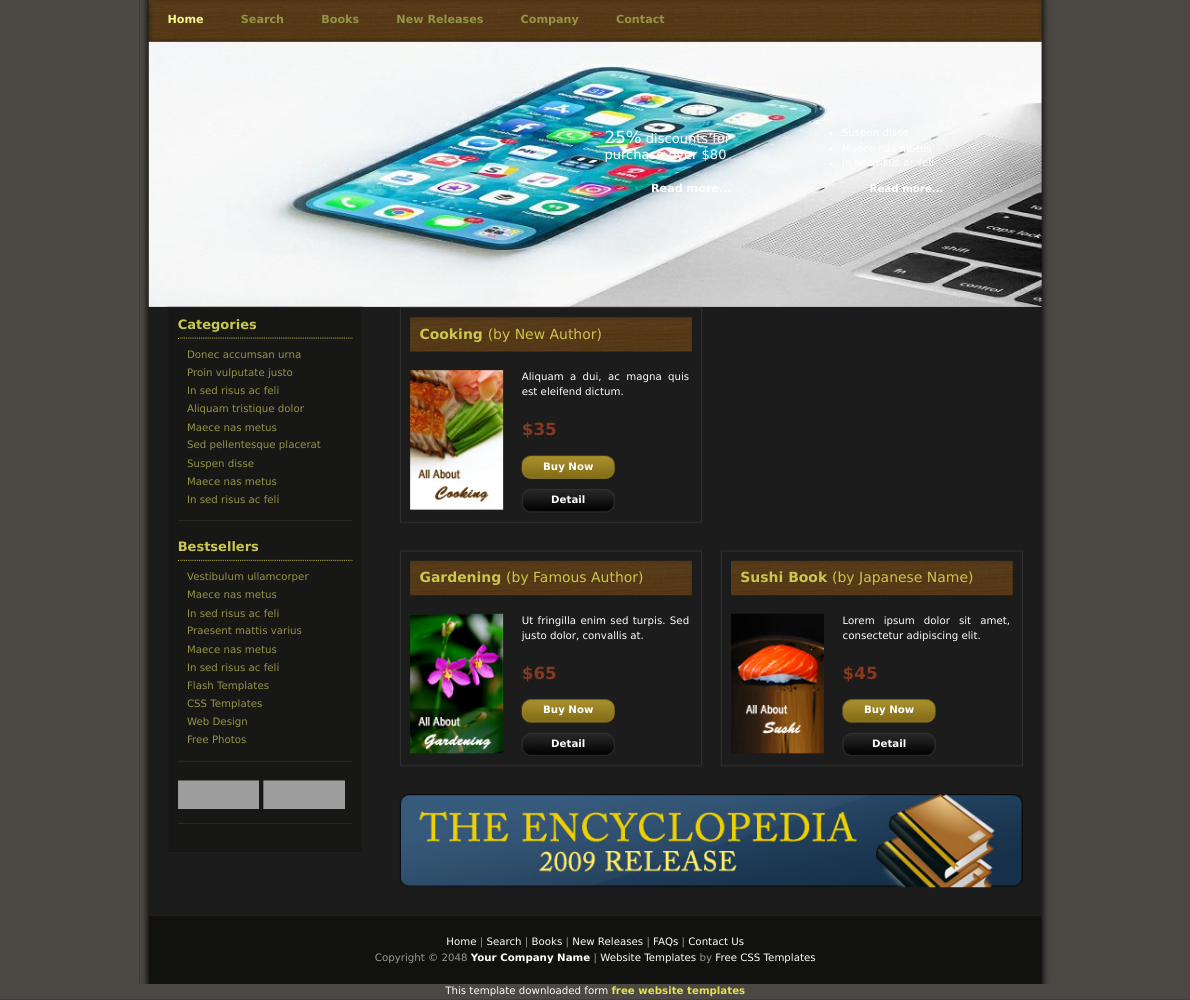
Repository: priyankamergu/MyAllProjects
Page: http://localhost/OnlineShopping/OrderController
These files come from the project's save history. The page is drawn as it stood at one moment and after a run of saves; the edit follows.
The browser window is 1280 px wide. The pictures show the whole page, at 93% of full size.
Pictures or frames that could not be fetched are drawn as grey boxes. The page is served by Tomcat 9. Other server files are loaded and not shown. Queries for data that is not in the repository find no rows.

Above is the page before, as saved 2019-11-20 05:26:27.

### Workspace_JEE7_WEB/OnlineShopping/WebContent/index.jsp

<!DOCTYPE html PUBLIC "-//W3C//DTD XHTML 1.0 Transitional//EN" "http://www.w3.org/TR/xhtml1/DTD/xhtml1-transitional.dtd">

<html xmlns="http://www.w3.org/1999/xhtml">
<%@ taglib prefix = "c" uri = "http://java.sun.com/jsp/jstl/core" %>
<%@ taglib prefix = "fmt" uri = "http://java.sun.com/jsp/jstl/fmt" %>
<head>
<meta http-equiv="Content-Type" content="text/html; charset=utf-8" />
<title>Book Store Template, Free CSS Template, CSS Website Layout</title>
<meta name="keywords" content="Book Store Template, Free CSS Template, CSS Website Layout, CSS, HTML" />
<meta name="description" content="Book Store Template, Free CSS Template, Download CSS Website" />
<link href="templatemo_style.css" rel="stylesheet" type="text/css" />
</head>
<body>
<c:if test="${list=null }">
<c:redirect url="ProductDatabaseController"></c:redirect>
</c:if>
<!--  Free CSS Templates from www.templatemo.com -->
<div id="templatemo_container">
	<div id="templatemo_menu">
    	<ul>
            <li><a href="index.html" class="current">Home</a></li>
            <li><a href="subpage.html">Search</a></li>
            <li><a href="subpage.html">Books</a></li>
            <li><a href="subpage.html">New Releases</a></li>
            <li><a href="#">Company</a></li>
            <li><a href="#">Contact</a></li>
    	</ul>
    </div> <!-- end of menu -->

    <div id="templatemo_header">
    	<div id="templatemo_special_offers">
        	<p>
                <span>25%</span> discounts for
        purchase over $80
        	</p>
			<a href="subpage.html" style="margin-left: 50px;">Read more...</a>
        </div>


        <div id="templatemo_new_books">
        	<ul>
                <li>Suspen disse</li>
                <li>Maece nas metus</li>
                <li>In sed risus ac feli</li>
            </ul>
            <a href="subpage.html" style="margin-left: 50px;">Read more...</a>
        </div>
    </div> <!-- end of header -->

    <div id="templatemo_content">

        <div id="templatemo_content_left">
        	<div class="templatemo_content_left_section">
            	<h1>Categories</h1>
                <ul>
                    <li><a href="subpage.html">Donec accumsan urna</a></li>
                    <li><a href="subpage.html">Proin vulputate justo</a></li>
                    <li><a href="#">In sed risus ac feli</a></li>
                    <li><a href="#">Aliquam tristique dolor</a></li>
                    <li><a href="#">Maece nas metus</a></li>
                    <li><a href="#">Sed pellentesque placerat</a></li>
                    <li><a href="#">Suspen disse</a></li>
                    <li><a href="#">Maece nas metus</a></li>
                    <li><a href="#">In sed risus ac feli</a></li>
            	</ul>
            </div>
			<div class="templatemo_content_left_section">
            	<h1>Bestsellers</h1>
                <ul>
                    <li><a href="#">Vestibulum ullamcorper</a></li>
                    <li><a href="#">Maece nas metus</a></li>
                    <li><a href="#">In sed risus ac feli</a></li>
                    <li><a href="#">Praesent mattis varius</a></li>
                    <li><a href="#">Maece nas metus</a></li>
                    <li><a href="#">In sed risus ac feli</a></li>
                    <li><a href="http://www.flashmo.com" target="_parent">Flash Templates</a></li>
                    <li><a href="http://www.templatemo.com" target="_parent">CSS Templates</a></li>
                    <li><a href="http://www.webdesignmo.com" target="_parent">Web Design</a></li>
                    <li><a href="http://www.photovaco.com" target="_parent">Free Photos</a></li>
            	</ul>
            </div>

            <div class="templatemo_content_left_section">
                <a href="http://validator.w3.org/check?uri=referer"><img style="border:0;width:88px;height:31px" src="http://www.w3.org/Icons/valid-xhtml10" alt="Valid XHTML 1.0 Transitional" width="88" height="31" vspace="8" border="0" /></a>
<a href="http://jigsaw.w3.org/css-validator/check/referer"><img style="border:0;width:88px;height:31px"  src="http://jigsaw.w3.org/css-validator/images/vcss-blue" alt="Valid CSS!" vspace="8" border="0" /></a>
			</div>
        </div> <!-- end of content left -->

        <div id="templatemo_content_right">
        <c:forEach  var="product" items="${list}"  varStatus="status">
        	<div class="templatemo_product_box">
            	<h1>${product.code}  <span>(by Best Author)</span></h1>
   	      <img src="images/templatemo_image_01.jpg" alt="image" />
                <div class="product_info">
                	<p>${product.description}</p>
                  <h3>$55</h3>
                    <div class="buy_now_button"><a href="subpage.html">Buy Now</a></div>
                    <div class="detail_button"><a href="subpage.html">Detail</a></div>
                </div>
                <div class="cleaner">&nbsp;</div>

                </div>
                <c:if test="${status.index%2==0 }">
                <div class="cleaner_with_width">&nbsp;</div>
            </c:if>
            <c:if test="${status.index%2!=0 }">
             <div class="cleaner_with_height">&nbsp;</div>
             </c:if>
             </c:forEach>


            <div class="templatemo_product_box">
            	<h1>Cooking  <span>(by New Author)</span></h1>
       	    <img src="images/templatemo_image_02.jpg" alt="image" />
                <div class="product_info">
                	<p>Aliquam a dui, ac magna quis est eleifend dictum.</p>
                    <h3>$35</h3>
                    <div class="buy_now_button"><a href="subpage.html">Buy Now</a></div>
                    <div class="detail_button"><a href="subpage.html">Detail</a></div>
                </div>
                <div class="cleaner">&nbsp;</div>
            </div>

            <div class="cleaner_with_height">&nbsp;</div>

            <div class="templatemo_product_box">
            	<h1>Gardening <span>(by Famous Author)</span></h1>
   	      <img src="images/templatemo_image_03.jpg" alt="image" />
                <div class="product_info">
                	<p>Ut fringilla enim sed turpis. Sed justo dolor, convallis at.</p>
                    <h3>$65</h3>
                    <div class="buy_now_button"><a href="subpage.html">Buy Now</a></div>
                    <div class="detail_button"><a href="subpage.html">Detail</a></div>
                </div>
                <div class="cleaner">&nbsp;</div>
            </div>

            <div class="cleaner_with_width">&nbsp;</div>

            <div class="templatemo_product_box">
            	<h1>Sushi Book  <span>(by Japanese Name)</span></h1>
            	<img src="images/templatemo_image_04.jpg" alt="image" />
                <div class="product_info">
                	<p>Lorem ipsum dolor sit amet, consectetur adipiscing elit. </p>
                    <h3>$45</h3>
                    <div class="buy_now_button"><a href="subpage.html">Buy Now</a></div>
                    <div class="detail_button"><a href="subpage.html">Detail</a></div>
                </div>
                <div class="cleaner">&nbsp;</div>
            </div>

            <div class="cleaner_with_height">&nbsp;</div>

            <a href="subpage.html"><img src="images/templatemo_ads.jpg" alt="ads" /></a>
        </div> <!-- end of content right -->

    	<div class="cleaner_with_height">&nbsp;</div>
    </div> <!-- end of content -->

    <div id="templatemo_footer">

	       <a href="subpage.html">Home</a> | <a href="subpage.html">Search</a> | <a href="subpage.html">Books</a> | <a href="#">New Releases</a> | <a href="#">FAQs</a> | <a href="#">Contact Us</a><br />
        Copyright © 2048 <a href="#"><strong>Your Company Name</strong></a> | <a href="http://www.iwebsitetemplate.com" target="_parent">Website Templates</a> by <a href="http://www.templatemo.com" target="_parent" title="free css templates">Free CSS Templates</a>	</div>
    <!-- end of footer -->
<!--  Free CSS Template www.templatemo.com -->
</div> <!-- end of container -->
<div align=center>This template  downloaded form <a href='http://all-free-download.com/free-website-templates/'>free website templates</a></div></body>
</html>

### Workspace_JEE7_WEB/OnlineShopping/src/com/allianz/shopping/controller/OrderController.java
package com.allianz.shopping.controller;

import java.io.IOException;
import java.util.List;

import javax.servlet.RequestDispatcher;
import javax.servlet.ServletException;
import javax.servlet.annotation.WebServlet;
import javax.servlet.http.HttpServlet;
import javax.servlet.http.HttpServletRequest;
import javax.servlet.http.HttpServletResponse;

import com.allianz.shopping.dao.CategoryDAO;
import com.allianz.shopping.dao.CategoryDAOImpl;
import com.allianz.shopping.dao.OrderDAO;
import com.allianz.shopping.dao.OrderDAOImpl;
import com.allianz.shopping.dao.ProductDAO;
import com.allianz.shopping.dao.ProductDAODatabaseImpl;
import com.allianz.shopping.model.Category;
import com.allianz.shopping.model.Order;
import com.allianz.shopping.model.Product;

/**
 * Servlet implementation class OrderController
 */
@WebServlet("/OrderController")
public class OrderController extends HttpServlet {
	private static final long serialVersionUID = 1L;


    public OrderController() {
        super();
        // TODO Auto-generated constructor stub
    }


	protected void doGet(HttpServletRequest request, HttpServletResponse response) throws ServletException, IOException {

		ProductDAO productDao=new ProductDAODatabaseImpl();
		CategoryDAO categoryDao=new CategoryDAOImpl();
		OrderDAO orderDao=new OrderDAOImpl();

		String username=(String)request.getSession().getAttribute("username");
		System.out.println("UserName "+username);

		String action=request.getParameter("action");
		if(action!=null && action.equals("ListOrder"))
		{
			List<Order> orderList=orderDao.getAllOrderByUserName(username);
//			for(Order order:orderList)
//			{
//				System.out.println(order.getOrder_id());
//			}

			if(orderList!=null)
			{
				RequestDispatcher rd=request.getRequestDispatcher("ShowOrders.jsp");
				request.setAttribute("orderList", orderList);
				rd.forward(request, response);

			}
		}
		else
		{
			List<Product> list = productDao.getALLProducts();
			List<Category> categoryList = categoryDao.getALLCategory();
			System.out.println(list);
			request.setAttribute("list", list);
			request.setAttribute("categoryList", categoryList);
			request.getRequestDispatcher("index.jsp").forward(request, response);
		}




	}


	protected void doPost(HttpServletRequest request, HttpServletResponse response) throws ServletException, IOException {

		doGet(request, response);
	}

}

### Workspace_JEE7_WEB/OnlineShopping/src/com/allianz/shopping/dao/CategoryDAOImpl.java
package com.allianz.shopping.dao;

import java.sql.Connection;
import java.sql.PreparedStatement;
import java.sql.ResultSet;
import java.sql.Statement;
import java.util.ArrayList;
import java.util.List;

import com.allianz.shopping.model.Category;
import com.allianz.shopping.model.Product;
import com.allianz.shopping.utility.DBUtilityConnection;
import com.allianz.shopping.utility.DateUtility;

public class CategoryDAOImpl  implements CategoryDAO
{

	@Override
	public boolean addCategory(Category category)
	{
		Connection connection=null;
		try
		{
			connection=DBUtilityConnection.getConnection();
			String sql="INSERT INTO category(Category_ID,Category_Code,Category_Desc) values(?,?,?)";
			PreparedStatement ps=connection.prepareStatement(sql);
			ps.setInt(1, category.getCategoryId());
			ps.setString(2, category.getCategoryCode());
			ps.setString(3, category.getCategoryDescription());
			int no=ps.executeUpdate();
			if(no>0)
				return true;

		}
		catch(Exception s)
		{
			s.printStackTrace();
		}
		return false;
	}

	@Override
	public boolean updateCategory(Category category)
	{
		Connection connection=null;
		try
		{
			connection=DBUtilityConnection.getConnection();
			String sql="UPDATE category SET Category_Code=? where Category_ID=?";
			PreparedStatement ps=connection.prepareStatement(sql);
			ps.setString(1, category.getCategoryCode());
			ps.setInt(2, category.getCategoryId());
			int no=ps.executeUpdate();
			if(no>0)
				return true;
		}
		catch(Exception s)
		{
			s.printStackTrace();
		}
		return false;

	}

	@Override
	public boolean deleteCategory(int id) {

		Connection connection=null;
		try
		{
			connection=DBUtilityConnection.getConnection();
			String sql="DELETE from category_ID where Category_ID=?";
			PreparedStatement ps=connection.prepareStatement(sql);
			ps.setInt(1, id);
			int no=ps.executeUpdate();
			if(no>0)
				return true;
		}
		catch(Exception s)
		{
			s.printStackTrace();
		}
		return false;

	}

	@Override
	public List<Category> getALLCategory() {
		Connection connection=null;
		List<Category> categoryList=new ArrayList<Category>();
		try
		{
			connection=DBUtilityConnection.getConnection();
			String sql="SELECT * from category ";
			Statement stmt=connection.createStatement();
			ResultSet rs=stmt.executeQuery(sql);
			while(rs.next())
			{
				Category category=new Category();
				category.setCategoryId(rs.getInt(1));
				category.setCategoryCode(rs.getString(2));
				category.setCategoryDescription(rs.getString(3));

				categoryList.add(category);
			}
			return categoryList;
		}
		catch(Exception s)
		{
			s.printStackTrace();
		}

		return null;

	}

	@Override
	public List<Category> getALLCategoryByName(String newPattern) {
		Connection connection=null;
		List<Category> CategoryList=new ArrayList<Category>();
		try
		{
			connection=DBUtilityConnection.getConnection();
			String sql="SELECT * FROM category WHERE LOWER(Category_Code)=? ";

			PreparedStatement ps=connection.prepareStatement(sql);
			ps.setString(1,newPattern.toLowerCase());

			ResultSet rs=ps.executeQuery();
			while(rs.next())
			{
				Category category=new Category();
				category.setCategoryId(rs.getInt(1));
				category.setCategoryCode(rs.getString(2));
				category.setCategoryDescription(rs.getString(3));

				CategoryList.add(category);
			}
			return CategoryList;
		}
		catch(Exception s)
		{
			s.printStackTrace();
		}

		return null;
	}

	@Override
	public Category getCategoryById(int id) {

		Connection connection=null;
		try
		{
			Category category=new Category();
			connection=DBUtilityConnection.getConnection();
			String sql="SELECT * FROM category WHERE Category_ID=? ";

			PreparedStatement ps=connection.prepareStatement(sql);
			ps.setInt(1,id);

			ResultSet rs=ps.executeQuery();
			while(rs.next())
			{
				category.setCategoryId(rs.getInt(1));
				category.setCategoryCode(rs.getString(2));
				category.setCategoryDescription(rs.getString(3));
			}
			return category;
		}
		catch(Exception s)
		{
			s.printStackTrace();
		}

		return null;

	}

	@Override
	public List<Category> getAllCategoryByProductId(int id) {
		List<Category> clist=new ArrayList<Category>();
		Connection connection=null;
		try
		{

			connection=DBUtilityConnection.getConnection();
			String sql="SELECT * FROM category WHERE Category_ID in(select Category_ID from product_category where productID=? )";

			PreparedStatement ps=connection.prepareStatement(sql);
			ps.setInt(1,id);

			ResultSet rs=ps.executeQuery();
			while(rs.next())
			{
				Category category=new Category();
				category.setCategoryId(rs.getInt(1));
				category.setCategoryCode(rs.getString(2));
				category.setCategoryDescription(rs.getString(3));

				clist.add(category);

			}
			return clist;
		}
		catch(Exception s)
		{
			s.printStackTrace();
		}

		return null;
	}

}

### Workspace_JEE7_WEB/OnlineShopping/src/com/allianz/shopping/dao/OrderDAOImpl.java
package com.allianz.shopping.dao;

import java.sql.Connection;
import java.sql.PreparedStatement;
import java.sql.ResultSet;
import java.sql.Statement;
import java.util.ArrayList;
import java.util.List;

import com.allianz.shopping.model.Order;
import com.allianz.shopping.utility.DBUtilityConnection;
import com.allianz.shopping.utility.DateUtility;

public class OrderDAOImpl implements OrderDAO
{

	@Override
	public int addOrder(Order o) {
		int orderID = 0;
		Connection con=DBUtilityConnection.getConnection();
		String sql;

		try
		{
			sql="INSERT INTO orders(Order_Date,Status,Username,Total_Price) values(?,?,?,?)";
			PreparedStatement ps=con.prepareStatement(sql,Statement.RETURN_GENERATED_KEYS);

			ps.setDate(1, DateUtility.convertUtilDateToSQLDate(o.getDate()));
			ps.setString(2,o.getOredr_status());
			ps.setString(3, o.getUserName());
			ps.setFloat(4, o.getPrice());
			int no=ps.executeUpdate();
			if(no>0)

			{
				try(ResultSet generateKeys=ps.getGeneratedKeys())
				{
					if(generateKeys.next())
					{
						orderID=generateKeys.getInt(1);
						System.out.println(orderID);
					}
				}
			}
		}
		catch(Exception e)
		{
			e.printStackTrace();
		}

		return orderID;
	}

	@Override
	public List<Order> getAllOrder()
	{
		Connection con=DBUtilityConnection.getConnection();
		List<Order> listOrder=new ArrayList<Order>();
		try
		{
			String sql="SELECT * FROM orders";
			Statement stmt=con.createStatement();
			ResultSet rs=stmt.executeQuery(sql);
			while(rs.next())
			{
				Order order=new Order();
				order.setOrder_id(rs.getInt(1));
				order.setDate(rs.getDate(2));
				order.setOredr_status(rs.getString(3));
				order.setUserName(rs.getString(4));
				order.setPrice(rs.getFloat(5));
				listOrder.add(order);
			}
		}
		catch(Exception e)
		{
			e.printStackTrace();
		}

		return listOrder;
	}

	@Override
	public Order getOrderByOrderId(int order_id) {

		Connection con=DBUtilityConnection.getConnection();
		Order order=new Order();
		try
		{
			String sql="SELECT * FROM orders WHERE Order_ID=?";
			PreparedStatement ps=con.prepareStatement(sql);
			ps.setInt(1, order_id);
			ResultSet rs=ps.executeQuery();
			while(rs.next())
			{
				order.setOrder_id(rs.getInt(1));
				order.setDate(rs.getDate(2));
				order.setOredr_status(rs.getString(3));
				order.setUserName(rs.getString(4));
				order.setPrice(rs.getFloat(5));
			}
		}
		catch(Exception e)
		{
			e.printStackTrace();
		}

		return order;
	}

	@Override
	public List<Order> getAllOrderByUserName(String username)
	{
		List<Order> listOrder=new ArrayList<Order>();
		Connection con=DBUtilityConnection.getConnection();

		try
		{
			String sql="SELECT * FROM orders WHERE Username=?";
			PreparedStatement ps=con.prepareStatement(sql);
			ps.setString(1, username);
			ResultSet rs=ps.executeQuery();
			while(rs.next())
			{
				Order order=new Order();
				order.setOrder_id(rs.getInt(1));
				order.setDate(rs.getDate(2));
				order.setOredr_status(rs.getString(3));
				order.setUserName(rs.getString(4));
				order.setPrice(rs.getFloat(5));
				listOrder.add(order);
			}
		}
		catch(Exception e)
		{
			e.printStackTrace();
		}

		return listOrder;
	}

}

### Workspace_JEE7_WEB/OnlineShopping/src/com/allianz/shopping/utility/DBUtilityConnection.java

package com.allianz.shopping.utility;

import java.sql.Connection;
import java.sql.DriverManager;
import java.sql.SQLException;

public class DBUtilityConnection
{
	public static Connection getConnection()
	{
		Connection connection=null;
		try
		{
			Class.forName("com.mysql.cj.jdbc.Driver"); //creating object of my sql driver
			connection=DriverManager.getConnection("jdbc:mysql://localhost:3306/onlineshopping?serverTimezone=UTC", "root", "");
			return connection;
		}
		catch(ClassNotFoundException  | SQLException e)
		{
			 e.printStackTrace();
		}
		return null;
	}
}

Loaded but not shown: Workspace_JEE7_WEB/OnlineShopping/src/com/allianz/shopping/dao/ProductDAODatabaseImpl.java (266 lines, source omitted); Workspace_JEE7_WEB/OnlineShopping/WebContent/templatemo_style.css (320 lines, source omitted)

After the next 2 saves:
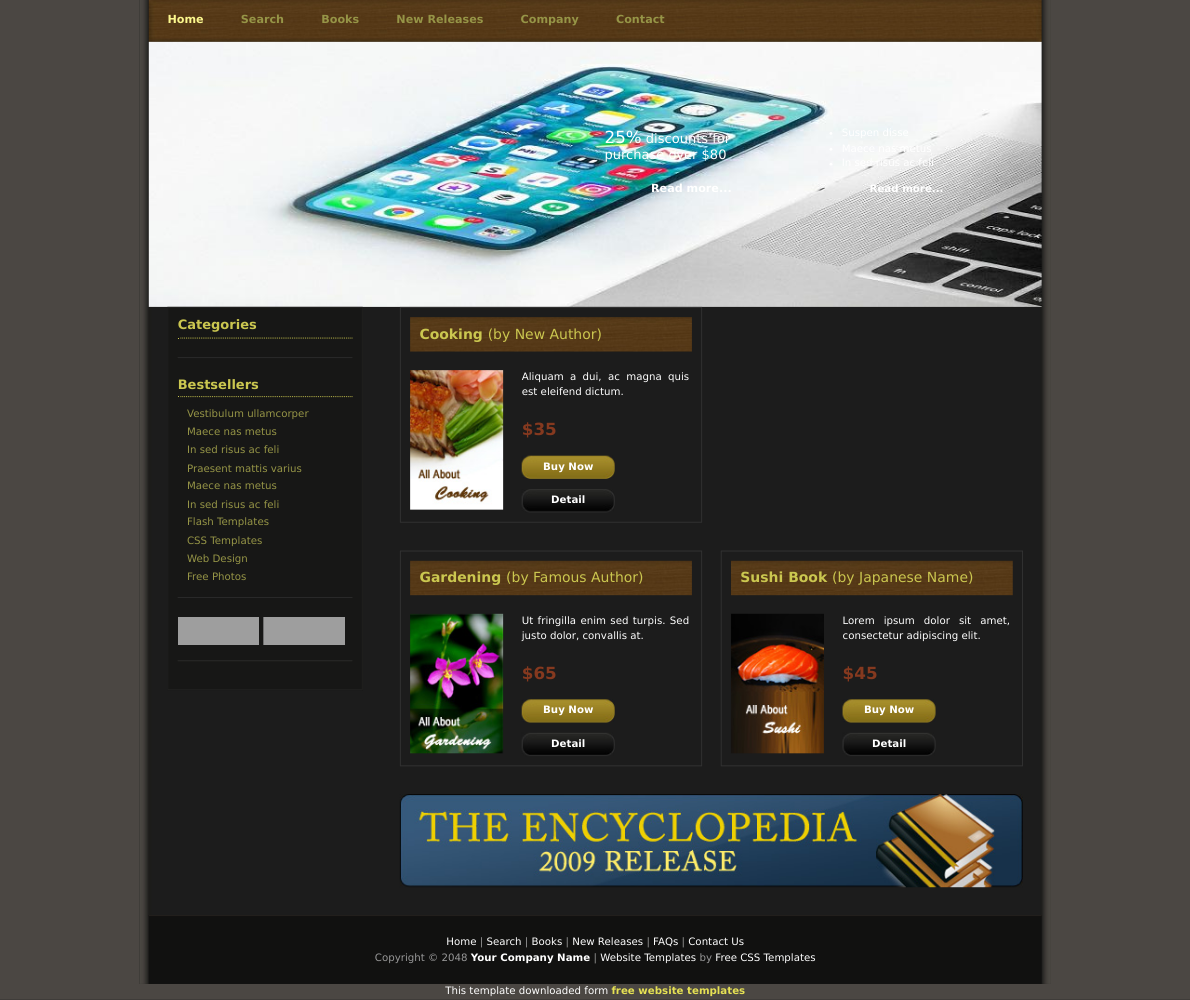
The 2 saves are shown as one change because 1 did not build or start.
The last was saved 6 min 12 s later.
--- a/Workspace_JEE7_WEB/OnlineShopping/WebContent/index.jsp
+++ b/Workspace_JEE7_WEB/OnlineShopping/WebContent/index.jsp
@@ -54,15 +54,8 @@
         	<div class="templatemo_content_left_section">
             	<h1>Categories</h1>
                 <ul>
-                    <li><a href="subpage.html">Donec accumsan urna</a></li>
-                    <li><a href="subpage.html">Proin vulputate justo</a></li>
-                    <li><a href="#">In sed risus ac feli</a></li>
-                    <li><a href="#">Aliquam tristique dolor</a></li>
-                    <li><a href="#">Maece nas metus</a></li>
-                    <li><a href="#">Sed pellentesque placerat</a></li>
-                    <li><a href="#">Suspen disse</a></li>
-                    <li><a href="#">Maece nas metus</a></li>
-                    <li><a href="#">In sed risus ac feli</a></li>
+                <c:forEach items="${categoryList }" var="category"></c:forEach>
+
             	</ul>
             </div>
 			<div class="templatemo_content_left_section">
